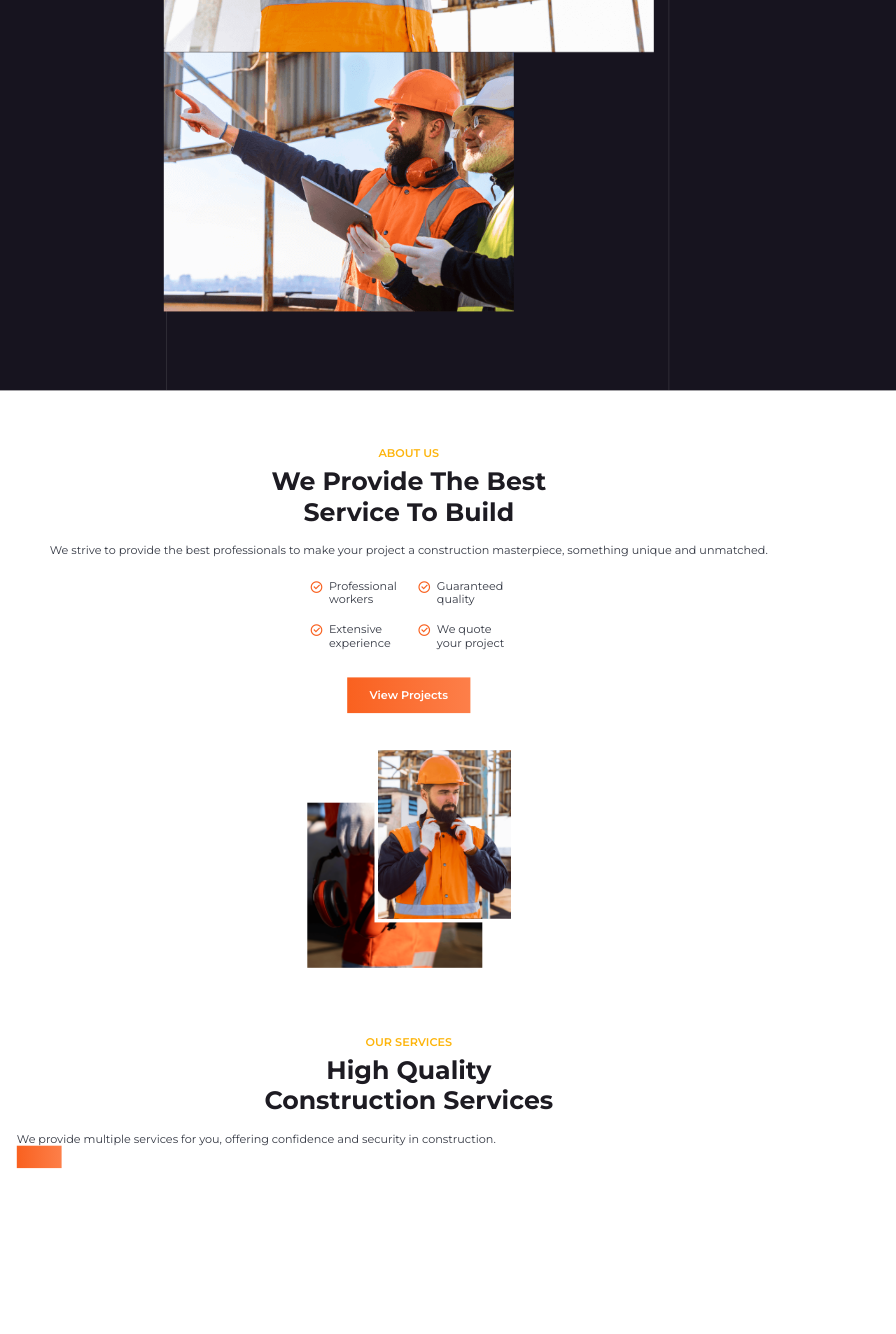
Repository: douglasabnovato/construction
Page: index.html
An editor plug-in stored every save of this project. The page is shown before and after the next save, followed by the edit.
The browser window is 1280 px wide. The pictures show the part of the page from y = 1264 to 3184 px (the page is 3169 px tall before and 3184 px after), at 70% of full size.

Above is the page before, as saved 2025-05-01 12:41:26.

### index.html
<!DOCTYPE html>
<html lang="en">
  <head>
    <meta charset="UTF-8" />
    <meta name="viewport" content="width=device-width, initial-scale=1.0" />

    <!--=============== FAVICON ===============-->
    <link
      rel="shortcut icon"
      href="assets/img/favicon.png"
      type="image/x-icon"
    />

    <!--=============== REMIXICONS ===============-->
    <link
      rel="stylesheet"
      href="https://cdnjs.cloudflare.com/ajax/libs/remixicon/4.2.0/remixicon.css"
    />

    <!--=============== SWIPER CSS ===============-->
    <link rel="stylesheet" href="" />

    <!--=============== CSS ===============-->
    <link rel="stylesheet" href="assets/css/styles.css" />

    <title>Construction</title>
  </head>
  <body>
    <!--==================== HEADER ====================-->
    <header class="header bg-header" id="header">
      <nav class="nav container">
        <a href="#" class="nav__logo">
          <i class="ri-bulding-3-line"></i>
          <span>Construct</span>
        </a>
        <div class="nav__menu" id="nav-menu">
          <u class="nav__list">
            <li>
              <a href="#home" class="nav__link">Home</a>
            </li>
            <li>
              <a href="#aboutus" class="nav__link"> About Us</a>
            </li>
            <li>
              <a href="#services" class="nav__link"> Services</a>
            </li>
            <li>
              <a href="#projects" class="nav__link"> Projects</a>
            </li>
            <li>
              <a href="#contactus" class="nav__link button"> Contact Us</a>
            </li>
          </u>
          <!-- Close Button -->
          <div class="nav__close" id="nav-close">
            <i class="ri-close-large-line"></i>
          </div>
        </div>
        <!-- Toggle menu -->
        <div class="nav__toggle" id="nav-toggle">
          <i class="ri-apps-2-line"></i>
        </div>
      </nav>
    </header>

    <!--==================== MAIN ====================-->
    <main class="main">
      <!--==================== HOME ====================-->
      <section class="home section" id="home">
        <img
          src="./assets/img/home-lines-bg.svg"
          alt="image"
          class="home__lines"
        />
        <div class="home__container container grid">
          <div class="home__container grid">
            <div class="home__data">
              <h1 class="home__title">
                Create The<br />
                Constructions<br />
                You Want Here
              </h1>
              <p class="home__description">
                We provide the best home design, construction and maintenance
                services for you and your family.
              </p>
              <div class="home__buttons">
                <a href="#services" class="button">Our Services</a>
                <a href="#projects" class="button__link"
                  ><span>View Projects</span> <i class="ri-arrow-right-line"></i
                ></a>
              </div>
            </div>
            <div class="home__info">
              <div>
                <h3 class="home__info-title">10+</h3>
                <p class="home__info-description">
                  Years of <br />
                  Experience
                </p>
              </div>
              <div>
                <h3 class="home__info-title">200</h3>
                <p class="home__info-description">
                  Complete <br />
                  Projects
                </p>
              </div>
            </div>
          </div>
          <div class="home__images">
            <img src="./assets/img/home-img-1.png" alt="imagem" />
            <img src="./assets/img/home-img-2.png" alt="imagem" />
          </div>
        </div>
      </section>

      <!--==================== ABOUT ====================-->
      <section class="about section" id="about">
        <div class="about__container container grid">
          <div class="about__data">
            <span class="section__subtitle">ABOUT US</span>
            <h2 class="section__title">
              We Provide The Best <br />
              Service To Build
            </h2>
            <p class="about__description">
              We strive to provide the best professionals to make your project a
              construction masterpiece, something unique and unmatched.
            </p>
            <ul class="about__list grid">
              <li class="about__list-item">
                <i class="ri-checkbox-circle-line"></i>
                <span>Professional workers</span>
              </li>
              <li class="about__list-item">
                <i class="ri-checkbox-circle-line"></i>
                <span>Guaranteed quality</span>
              </li>
              <li class="about__list-item">
                <i class="ri-checkbox-circle-line"></i>
                <span>Extensive experience</span>
              </li>
              <li class="about__list-item">
                <i class="ri-checkbox-circle-line"></i>
                <span>We quote your project</span>
              </li>
            </ul>
            <a href="#" class="button">View Projects</a>
          </div>
          <div class="about__images">
            <img
              src="./assets/img/about-img-1.png"
              alt="image"
              class="about__img-1"
            />
            <img
              src="./assets/img/about-img-2.png"
              alt="image"
              class="about__img-2"
            />
          </div>
        </div>
      </section>

      <!--==================== SERVICES ====================-->
      <section class="services section" id="services">
        <div class="services__container container grid">
          <div class="services__data">
            <div>
              <span class="section__subtitle">OUR SERVICES</span>
              <h2 class="section__title">
                High Quality <br />
                Construction Services
              </h2>
            </div>
            <p class="services__description">
              We provide multiple services for you, offering confidence and
              security in construction.
            </p>
            <a href="#contact" class="button"></a>
          </div>
          <div class="services__swiper"></div>
          <!-- Navigation buttons -->
        </div>
        <div class="services__shape"></div>
      </section>

      <!--==================== PROJECTS ====================-->
      <section class="projects section" id="projects"></section>

      <!--==================== CONTACT ====================-->
      <section class="contact section" id="contact"></section>
    </main>

    <!--==================== FOOTER ====================-->
    <footer class="footer"></footer>

    <!--========== SCROLL UP ==========-->

    <!--=============== SCROLLREVEAL ===============-->
    <script src=""></script>

    <!--=============== SWIPER JS ===============-->
    <script src=""></script>

    <!--=============== MAIN JS ===============-->
    <script src="assets/js/main.js"></script>
  </body>
</html>

### assets/css/styles.css
/*=============== GOOGLE FONTS ===============*/
@import url("https://fonts.googleapis.com/css2?family=Montserrat:wght@100..900&display=swap");

/*=============== VARIABLES CSS ===============*/
:root {
  --header-height: 3.5rem;

  /*========== Colors ==========*/
  /*Color mode HSL(hue, saturation, lightness)*/
  --first-color: hsl(18, 95%, 55%);
  --second-color: hsl(42, 98%, 52%);
  --first-gradient: linear-gradient(
    90deg,
    hsl(18, 95%, 55%),
    hsl(18, 98%, 64%)
  );
  --title-color: hsl(255, 12%, 12%);
  --text-color: hsl(225, 12%, 24%);
  --text-color-light: hsl(255, 4%, 70%);
  --body-color: hsl(0, 0%, 100%);
  --container-color: hsl(0, 0%, 100%);
  --white-color: hsl(0, 0%, 100%);
  --black-color: hsl(255, 20%, 10%);
  --gray-border: hsl(255, 6%, 90%);
  --black-border: hsl(255, 10%, 20%);

  /*========== Font and typography ==========*/
  /*.5rem = 8px | 1rem = 16px ...*/
  --body-font: "Montserrat", sans-serif;
  --big-font-size: 2.25rem;
  --h1-font-size: 1.5rem;
  --h2-font-size: 1.25rem;
  --h3-font-size: 1rem;
  --normal-font-size: 0.938rem;
  --small-font-size: 0.813rem;

  /*========== Font weight ==========*/
  --font-regular: 400;
  --font-medium: 500;
  --font-semi-bold: 600;
  --font-bold: 700;

  /*========== z index ==========*/
  --z-tooltip: 10;
  --z-fixed: 100;
}

/*========== Responsive typography ==========*/
@media screen and (min-width: 1150px) {
  :root {
    --big-font-size: 3.5rem;
    --h1-font-size: 2.25rem;
    --h2-font-size: 1.5rem;
    --h3-font-size: 1.25rem;
    --normal-font-size: 1rem;
    --small-font-size: 0.875rem;
  }
}

/*=============== BASE ===============*/
* {
  box-sizing: border-box;
  padding: 0;
  margin: 0;
}

html {
  scroll-behavior: smooth;
}

body {
  font-family: var(--body-font);
  font-size: var(--normal-font-size);
  background-color: var(--body-color);
  color: var(--text-color);
}

h1,
h2,
h3,
h4 {
  color: var(--title-color);
  font-weight: var(--font-semi-bold);
}

ul {
  list-style: none;
}

a {
  text-decoration: none;
}

img {
  display: block;
  max-width: 100%;
  height: auto;
}

/*=============== REUSABLE CSS CLASSES ===============*/
.container {
  max-width: 1120px;
  margin-inline: 1.5rem;
}

.grid {
  display: grid;
  gap: 1.5rem;
}

.section {
  padding-block: 5rem 1rem;
}
.section__title,
.section__subtitle {
  text-align: center;
}

.section__title {
  font-size: var(--h1-font-size);
  font-weight: var(--font-bold);
  margin-bottom: 1.5rem;
}

.section__subtitle {
  display: block;
  font-size: var(--normal-font-size);
  font-weight: var(--font-semi-bold);
  color: var(--second-color);
  margin-bottom: 0.5rem;
}

.main {
  overflow: hidden;
}

/*=============== HEADER & NAV ===============*/
.header {
  position: fixed;
  width: 100%;
  top: 0;
  left: 0;
  background-color: transparent;
  z-index: var(--z-fixed);
  transition: background-color .4s;
}

.nav {
  position: relative;
  height: var(--header-height);
  display: flex;
  justify-content: space-between;
  align-items: center;
}

.nav__logo {
  display: flex;
  align-items: center;
  column-gap: 0.25rem;
}

.nav__logo span {
  color: var(--white-color);
  font-weight: var(--font-semi-bold);
  transition: color 0.4s;
}

.nav__logoi i {
  color: var(--first-color);
  font-size: 1.5rem;
}

.nav__toggle,
.nav__close {
  font-size: 1.5rem;
  color: var(--white-color);
  cursor: pointer;
  transition: color 0.4s;
}

/* Navigation for mobile devices */
@media screen and (max-width: 1150px) {
  .nav__menu {
    position: fixed;
    top: 0;
    right: -100%;
    background-color: var(--black-color);
    width: 80%;
    height: 100%;
    padding: 7.5rem 3.5rem 0;
    border-left: 2px solid var(--black-border);
    transition: right 0.4s;
  }
}

.nav__list {
  display: flex;
  flex-direction: column;
  row-gap: 4rem;
}

.nav__link {
  color: var(--text-color-light);
  font-weight: var(--font-semi-bold);
  transition: color 0.4s;
}

.nav__link:hover {
  color: var(--first-color);
}

.nav__close {
  position: absolute;
  top: 1rem;
  right: 1.5rem;
}

/* Show menu */
.show-menu {
  right: 0;
}

/* Change background header */
.bg-header{
  background-color: var(--body-color);
  box-shadow: 0 4px 16px hsla(255, 90%, 8%, .1);
}

.bg-header .nav__logo span,
.bg-header .nav__toggle{
  color: var(--title-color);
}

/* Active link */

/*=============== HOME ===============*/
.home {
  position: relative;
  background-color: var(--black-color);
}

.home__container {
  position: relative;
  row-gap: 3rem;
  padding-block: 2.5rem 6rem;
}

.home__content {
  row-gap: 2.5rem;
}

.home__data {
  text-align: center;
}

.home__title {
  color: var(--white-color);
  font-size: var(--big-font-size);
  font-weight: var(--font-bold);
  margin-bottom: 1rem;
}

.home__description{
  margin-bottom: 2.5rem;
  color: var(--text-color-light);
}

.home_buttons{
  display: flex;
  justify-content: center;
  align-items: center;
  gap: 1rem;
}

.home__info{
  display: flex;
  justify-content: center;
  column-gap: 4.5rem;
}

.home__info-title{
  color: var(--second-color);
  font-size: var(--big-font-size);
  font-weight: var(--font-bold);
  margin-bottom: .5rem;
}

.home__info-description{
  font-size: var(--small-font-size);
  color: var(--white-color);
}

.home__images{
  position: relative;
  justify-self: center;
}

.home__img-1{
  width: 250px;
  margin-left: 3.5rem;
}

.home__img-2{
  width: 150px;
  border: 5px solid var(--black-color);
  position: absolute;
  left: 0;
  bottom: -3.5rem;
}

.home__lines{
  position: absolute;
  top: 0;
  left: 0;
  width: 100%;
  height: 100%;
  object-fit: cover;
  object-position: right;
}

/*=============== BUTTON ===============*/
.button {
  display: inline-flex;
  background: var(--first-gradient);
  color: var(--white-color);
  font-weight: var(--font-semi-bold);
  padding: 1rem 2rem;
  transition: box-shadow .4s;
}

.button:hover{
  box-shadow: 0 8px 32px hsla(18, 95%, 55%, .3);
  color: var(--white-color);
}

.button__link {
  display: flex;
  align-items: center;
  column-gap: .25rem;
  color: var(--first-color);
}

.button__link span{
  font-weight: var(--font-semi-bold);
}

.button__link i {
  font-size: 1.5rem;
  transition: transform .4s;
}

.button__link:hover i {
  transform: translateX(.25rem)
}

/*=============== ABOUT ===============*/
.about__container {
  row-gap: 8rem;
}

.about__data {
  text-align: center;
}

.about__description {
  margin-bottom: 2rem;
}

.about__list {
  text-align: initial;
  grid-template-columns: repeat(2, 130px);
  justify-content: center;
  gap: 1.5rem;
  margin-bottom: 2.5rem;
}

.about__list-item {
  display: flex;
  column-gap: .5rem;
  color: var(--tittle-color);
}

.about__list-item i {
  font-size: 1.25rem;
  color: var(--first-color);
}

.about__images{
  position: relative;
  justify-self: center;
}

.about__img-1 {
  width: 200px;
  border: 5px solid var(--body-color);
  position: absolute;
  top: -5rem;
  left: 6rem;
}

.about__img-2 {
  width: 250px;
  margin-right: 2.5rem;
}


/*=============== SERVICES ===============*/

/* Swiper class */

/*=============== PROJECTS ===============*/

/*=============== CONTACT ===============*/

/*=============== FOOTER ===============*/

/*=============== SCROLL BAR ===============*/

/*=============== SCROLL UP ===============*/

/* Show Scroll Up */

/*=============== BREAKPOINTS ===============*/
/* For small devices */

/* For medium devices */

/* For large devices */

### assets/js/main.js
/*=============== SHOW MENU ===============*/
const navMenu = document.getElementById('nav-menu'),
      navToggle = document.getElementById('nav-toggle'),
      navClose = document.getElementById('nav-close')

/* Menu show */
if(navToggle){
    navToggle.addEventListener('click', () =>{
        navMenu.classList.add('show-menu')
    })
}

/* Menu hidden */
if(navClose){
    navClose.addEventListener('click', () =>{
        navMenu.classList.remove('show-menu')
    })
}

/*=============== REMOVE MENU MOBILE ===============*/
const navLink = document.querySelectorAll('.nav__link')

const linkAction = () =>{
    const navMenu = document.getElementById('nav-menu')
    // When we click on each nav__link, we remove the show-menu class
    navMenu.classList.remove('show-menu')
}
navLink.forEach(n => n.addEventListener('click', linkAction))


/*=============== CHANGE BACKGROUND HEADER ===============*/
const bgHeader = () =>{
    const header = document.getElementById('header')
    // Add a class if the bottom offset is greater than 50 of the viewport
    this.scrollY >= 50 ? header.classList.add('bg-header')
                       : header.classList.remove('bg-header')
}
window.addEventListener('scroll', bgHeader)
bgHeader()

/*=============== SWIPER SERVICES ===============*/

/*=============== SHOW SCROLL UP ===============*/

/*=============== SCROLL SECTIONS ACTIVE LINK ===============*/

/*=============== SCROLL REVEAL ANIMATION ===============*/

After the next save:
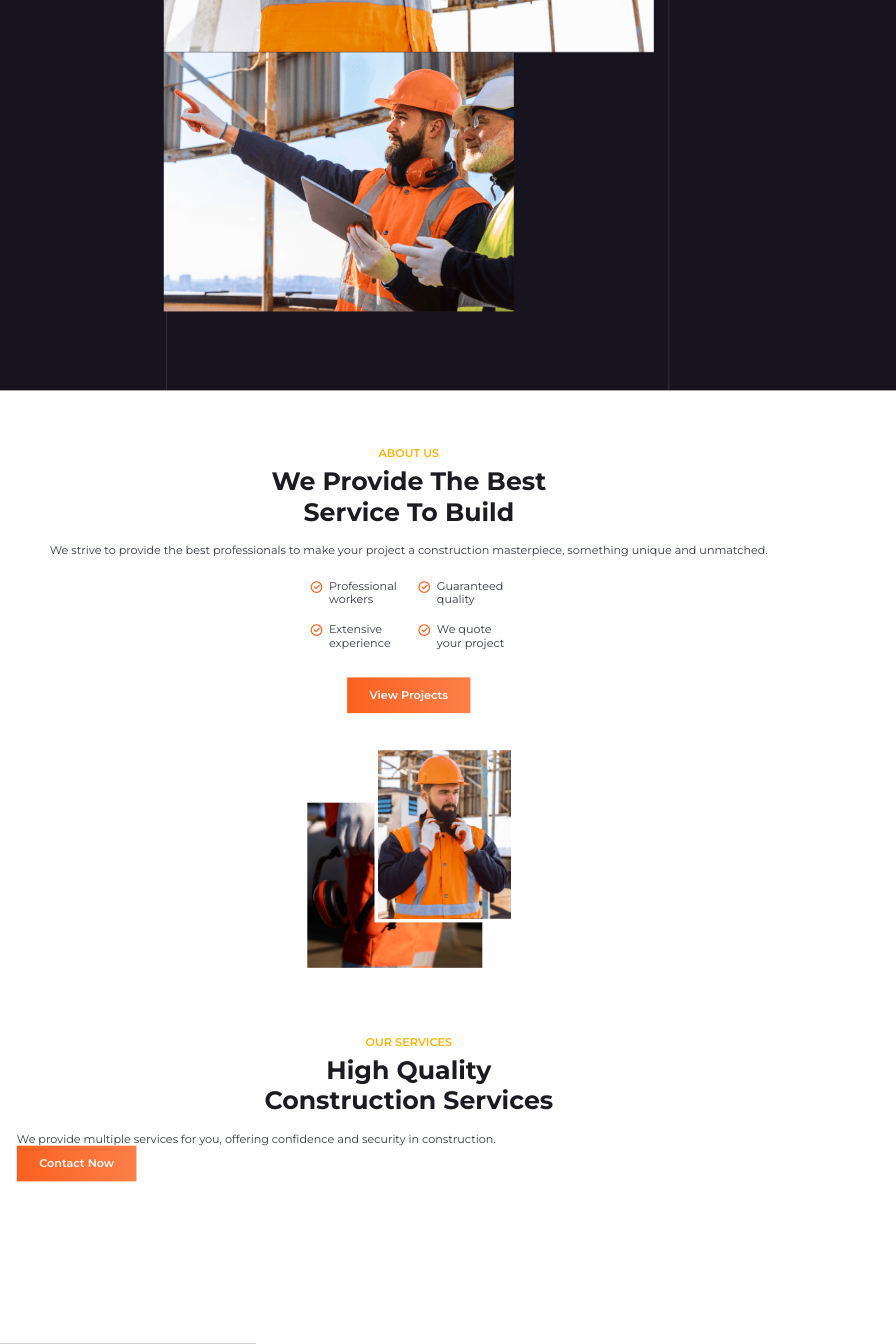
Saved 11 s later.
--- a/index.html
+++ b/index.html
@@ -178,7 +178,7 @@
               We provide multiple services for you, offering confidence and
               security in construction.
             </p>
-            <a href="#contact" class="button"></a>
+            <a href="#contact" class="button">Contact Now</a>
           </div>
           <div class="services__swiper"></div>
           <!-- Navigation buttons -->
